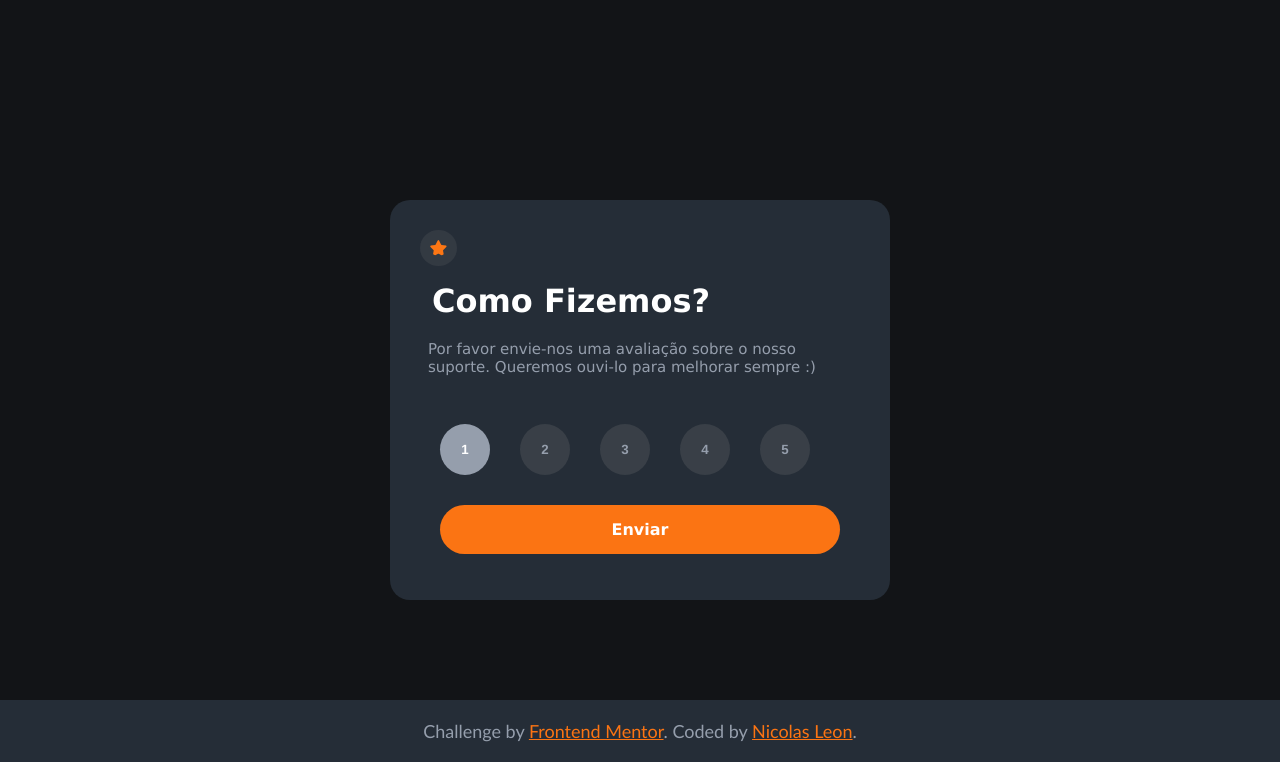
Repository: Leonngc/projeto-avaliacao
Page: index.html
The author's editor kept a copy of each file at every save. The page is drawn from the files as they stood at one save, then again after a run of saves.
The browser window is 1280 px wide. The pictures show the whole page.
The first visible `.rate-btn` is being pressed.

Above is the page before, as saved 2023-01-30 01:43:27.

After the next 2 saves:
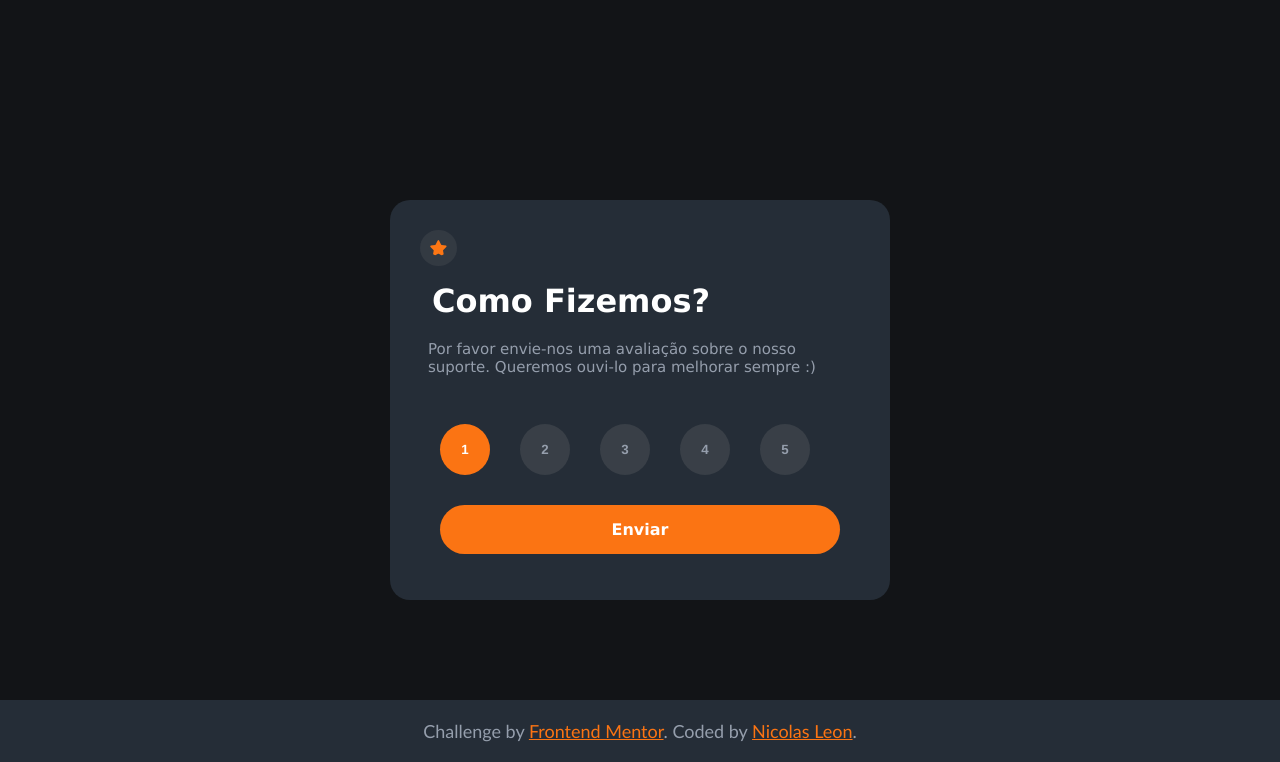
The 2 saves are shown as one change because they came seconds apart.
The last was saved 6 s later.
--- a/styles/style.css
+++ b/styles/style.css
@@ -75,7 +75,7 @@ li {
 }
 
 .rate-btn:active{
-
+  background-color: hsl(25, 97%, 53%);
 }
 
 #submit-btn {
